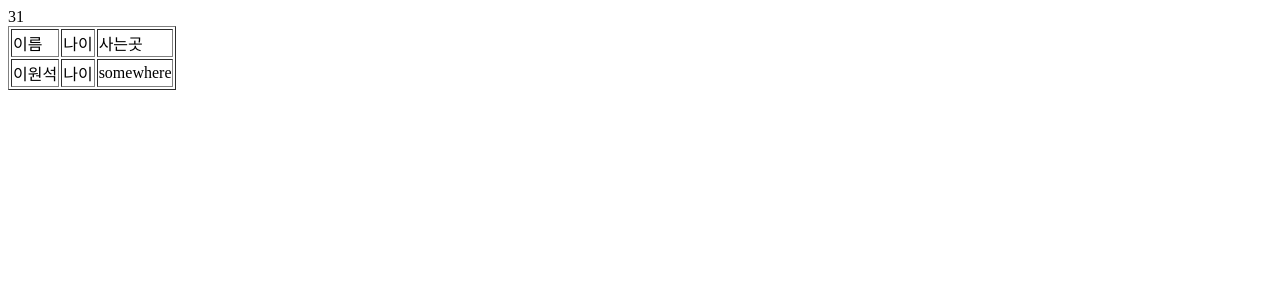
Repository: Migorithm/front_work
Page: front09_VUE/src/main/webapp/01_basic/vue03_example.html
These files come from the project's save history. The page is drawn as it stood at one moment and after the next save; the edit follows.
The browser window is 1280 px wide. The pictures show the whole page.

Above is the page before, as saved 2021-09-08 05:22:51.

### front09_VUE/src/main/webapp/01_basic/vue03_example.html
<!--
+++++해보기
정적인 모델을 지정
데이터에 이름, 나이, 사는곳에 관한정보를 담을 수 있는 모델을 만든다.

app라고 지정한 화면에 모델에 지정한 데이터의 내용이 출력되도록 한다.
table형식으로
출력조건
1) - mustache expression
2) v-text | v-html

모든 컨텐츠가 메모리에 로딩된 다음 script부분이 가동되도록 한다.

 -->

<!DOCTYPE html>
<html>
<head>
<meta charset="UTF-8">
<title>Insert title here</title>
<meta name="viewport" content="width=device-width, initial-scale=1.0">
<script src="https://cdn.jsdelivr.net/npm/vue/dist/vue.js"></script>
<script>

window.onload=function(){
var model ={name:"이원석",age:"31",address:"somewhere"};

var app = new Vue({
	el:"#app",
	data:model

})


}





</script>



</head>



<body>
<div id="app">
	<table border='1'>
		<thead>
		<tr>
			<td>이름</td><td>나이</td><td>사는곳</td>
		</tr>
		</thead>

		<tbody>
		<tr>
			<td>{{name}}</td>{{age}}<td>나이</td><td>{{address}}</td>
		</tr>
		</tbody>
	</table>
</div>

</body>
</html>

After the next save:
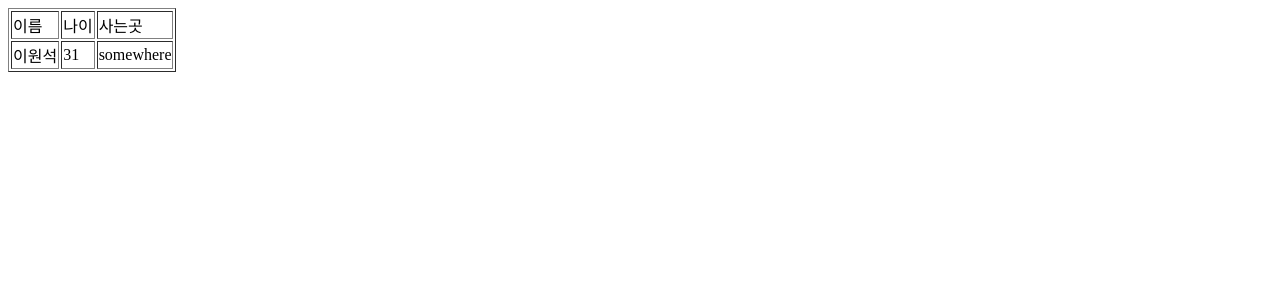
Saved 21 s later.
--- a/front09_VUE/src/main/webapp/01_basic/vue03_example.html
+++ b/front09_VUE/src/main/webapp/01_basic/vue03_example.html
@@ -57,7 +57,7 @@ var app = new Vue({
 
 		<tbody>
 		<tr>
-			<td>{{name}}</td>{{age}}<td>나이</td><td>{{address}}</td>
+			<td>{{name}}</td><td>{{age}}</td><td>{{address}}</td>
 		</tr>
 		</tbody>
 	</table>
